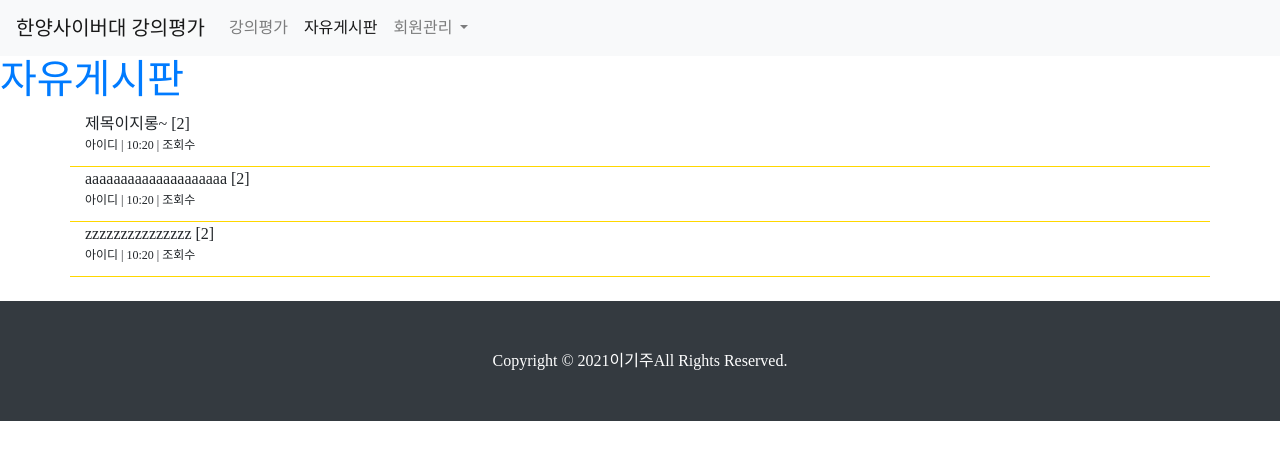
Repository: lkjjjang/hycu
Page: http://localhost/hycujjang/mobile.jsp
These files come from the project's save history. The page is drawn as it stood at one moment and after the next save; the edit follows.
The browser window is 1280 px wide. The pictures show the whole page.
Some web fonts or font styles are not loaded; a fallback is used. The page is served by Tomcat 9. Nobody is signed in. The application's start-up code is not run. Other server files are loaded and not shown.

Above is the page before, as saved 2022-01-02 09:27:16.

### hycujjang/WebContent/mobile.jsp
<%@ page language="java" contentType="text/html; charset=UTF-8"
    pageEncoding="UTF-8"%>
<%@ page import="java.util.ArrayList" %>
<%@ page import="java.net.URLEncoder" %>
<%@ page import="java.io.PrintWriter" %>
<%@ taglib prefix="c" uri="http://java.sun.com/jsp/jstl/core"%>
<%@ taglib prefix="fmt" uri="http://java.sun.com/jsp/jstl/fmt"%>

<!DOCTYPE html>
<html>
<head>
	<meta charset="UTF-8">
	<meta name="viewport" content="width=device-width, initial-scale=1, shrink-to-fit=no">
	<title>한양사이버대 강의평가</title>
	<!-- 부트스트랩 CSS 추가하기 -->
	<link rel="stylesheet"
			href="https://stackpath.bootstrapcdn.com/bootstrap/4.4.1/css/bootstrap.min.css"
			integrity="sha384-Vkoo8x4CGsO3+Hhxv8T/Q5PaXtkKtu6ug5TOeNV6gBiFeWPGFN9MuhOf23Q9Ifjh"
			crossorigin="anonymous">
	<!-- 커스텀 CSS 추가하기 -->
	<link rel="stylesheet" href="./css/custom.css">
	<style>
		.b{
			border: solid 1px black;
		}
	</style>
</head>
<body>
	<nav class="navbar navbar-expand-md navbar-light bg-light">
		<a class="navbar-brand" href="index.jsp">한양사이버대 강의평가</a>
		<button class="navbar-toggler" type="button" data-toggle="collapse" data-target="#navbar">
			<span class="navbar-toggler-icon"></span>
		</button>
		<div id="navbar" class="collapse navbar-collapse">
			<ul class="navbar-nav mr-auto">
				<li class="nav-item">
					<a class="nav-link" href="lectureBoardController?pageNumber=1">강의평가</a>
				</li>
				<li class="nav-item active">
					<a class="nav-link" href="freeBoardController?pageNumber=1">자유게시판</a>
				</li>
				<li class="nav-item dropdown">
					<a class="nav-link dropdown-toggle" id="dropdown" data-toggle="dropdown" href="index.jsp">
						회원관리
					</a>
					<div class="dropdown-menu" aria-labelledby="dropdown">
						<a class="dropdown-item" href="logout.jsp">로그아웃</a>
					</div>
				</li>
			</ul>
		</div>
	</nav>
	<h1>
   		<a class="ed link-primary text-bold title-underline" href="freeBoardController?pageNumber=1">자유게시판</a>
	</h1>
	<div class="container">
		<div class="row">
			<div class="col-12">
				제목이지롱~ [2]
			</div>
			<div class="col-12" style="font-size: 12px">
				아이디 | 10:20 | 조회수
			</div>
		</div>
		<div class="row">
			<div style="height: auto; width: 100%; border-bottom:1px solid gold; padding: 6px;"></div>
		</div>
		<div class="row">
			<div class="col-12">
				aaaaaaaaaaaaaaaaaaaa [2]
			</div>
			<div class="col-12" style="font-size: 12px">
				아이디 | 10:20 | 조회수
			</div>
		</div>
		<div class="row">
			<div style="height: auto; width: 100%; border-bottom:1px solid gold; padding: 6px;"></div>
		</div>
		<div class="row">
			<div class="col-12">
				zzzzzzzzzzzzzzz [2]
			</div>
			<div class="col-12" style="font-size: 12px">
				아이디 | 10:20 | 조회수
			</div>
		</div>
		<div class="row">
			<div style="height: auto; width: 100%; border-bottom:1px solid gold; padding: 6px;"></div>
		</div>
	</div>
  		<!--
  		${userID == 'admin'} 세션에 있는 유저 아이디
  		넘어오는 목록${freeBBS}
  		<c:if test="${userID == 'admin'}">
			<input type="checkbox" name="delCheck_id" id="delCheck_id" value="${freeBBS.bbsID}">
		</c:if>
		${freeBBS.bbsID}
		<a href="freeBoardDetailController?id=${freeBBS.bbsID}">${freeBBS.bbsTitle}</a>

  		${freeBBS.nickName}
  		${freeBBS.bbsHit}
  		${freeBBS.bbsDate}

  		-->
		<!-- 페이지번호 출력 -->
		<!-- 파라미터로 들어오는 페이지 번호를 이용해 startNum값을 구함 -->



	<footer class="bg-dark mt-4 p-5 text-center" style="color: #FFFFFF;">
		Copyright &copy; 2021이기주All Rights Reserved.
	</footer>
	<script src="https://code.jquery.com/jquery-3.6.0.js"
  			integrity="sha256-H+K7U5CnXl1h5ywQfKtSj8PCmoN9aaq30gDh27Xc0jk="
  			crossorigin="anonymous">
	</script>
	<script src="https://cdn.jsdelivr.net/npm/popper.js@1.16.0/dist/umd/popper.min.js"
			integrity="sha384-Q6E9RHvbIyZFJoft+2mJbHaEWldlvI9IOYy5n3zV9zzTtmI3UksdQRVvoxMfooAo"
			crossorigin="anonymous">
	</script>
	<script src="https://maxcdn.bootstrapcdn.com/bootstrap/4.0.0/js/bootstrap.min.js"
			integrity="sha384-JZR6Spejh4U02d8jOt6vLEHfe/JQGiRRSQQxSfFWpi1MquVdAyjUar5+76PVCmYl"
			crossorigin="anonymous">
	</script>
	<script type="text/javascript">
		function guestWrite() {
			alert('게스트 계정은 글작성이 불가능 합니다.');
		}
	</script>
	<script type="text/javascript">
		function deleteAll() {
			var checkList = document.getElementsByName('delCheck_id');
			var checkedList = new Array();
			var count = 0;
			for (var i = 0; i < checkList.length; i++) {
				if (checkList[i].checked == true) {
					count++;
					checkedList[i] = checkList[i].value;
				}
			}

			if (count == 0) {
				alert('선택사항이 없습니다.');
				return;
			}

			var data = new Array();
			for (var i = 0; i < checkedList.length; i++) {
				if (checkedList[i] != null) {
					var dataTemp = new Object();
					dataTemp.id = checkedList[i];
					data.push(dataTemp);
				}
			}

			$.ajax({
				type: "post",
				url: "freeBoardDeleteController",
				data: JSON.stringify(data),
				contentType: "application/json; charset=utf-8",
				dataType: "json",

				success: function(json) {
					if (json[0].resultCode == 'ok') {
						alert('삭제 되었습니다.');
					} else {
						alert('데이터베이스 오류 입니다.');
					}
					location.reload();
				},
				error: function(json) {
					alert('시스템 오류 입니다.')
				}
			});
		}
	</script>
	<script type="text/javascript">
		function select(tagID) {
			var id = tagID.id;
			var checkList = document.getElementsByName('delCheck_id');
			for (var i = 0; i < checkList.length; i++) {
				if (id == 'selectAll') {
					checkList[i].checked = true;
				} else {
					checkList[i].checked = false;
				}
			}

			if (id == 'selectAll') {
				changeId('cancel', '선택해제');
			} else {
				changeId('selectAll', '전체선택');
			}
		}

		function changeId(id, text)  {
			  const btnElement = document.getElementById('checkList');
			  btnElement.innerHTML = '<button class="btn btn-primary" id="' + id + '" onclick="select(this)">'+ text +'</button>' +
			  							'<button class="btn btn-danger" id="deleteAll" onclick="deleteAll()">선택삭제</button>';
		}
	</script>
</body>
</html>

### hycujjang/WebContent/css/custom.css
@import url(https://fonts.googleapis.com/earlyaccess/jejugothic.css);
@import url(https://fonts.googleapis.com/css2?family=Nanum+Gothic&display=swap);
.navbar-brand, h1, h2, h3, h4 {
	font-family: 'Jeju Gothic';
}
h5 {
	font-family: 'Jeju Gothic';
	font-size: 18px;
}
body {
	font-family: 'Nanum Gothic';
}

After the next save:
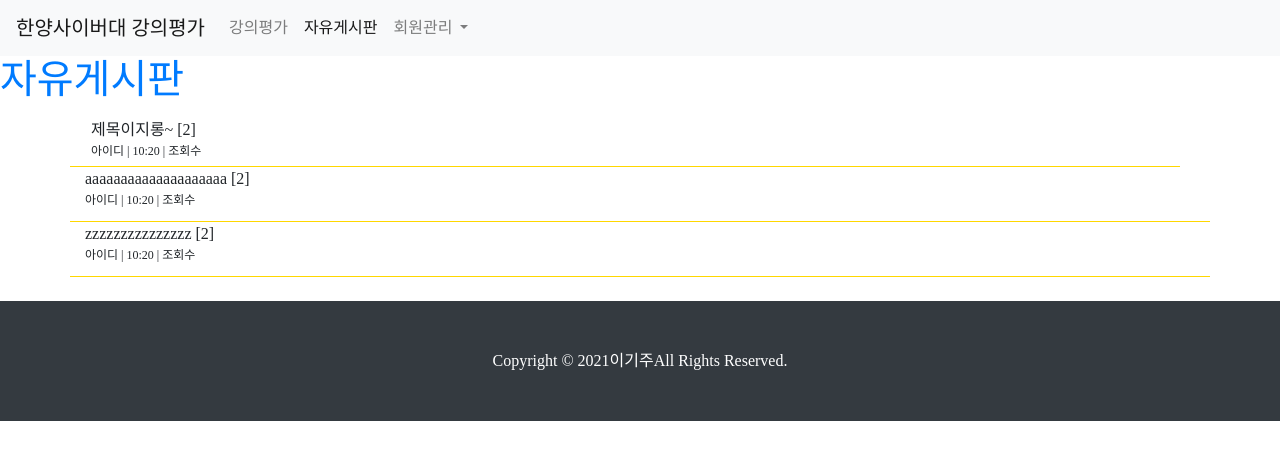
Saved 34 s later.
--- a/hycujjang/WebContent/mobile.jsp
+++ b/hycujjang/WebContent/mobile.jsp
@@ -54,16 +54,13 @@
    		<a class="ed link-primary text-bold title-underline" href="freeBoardController?pageNumber=1">자유게시판</a>
 	</h1>
 	<div class="container">
-		<div class="row">
+		<div class="row" style="height: auto; width: 100%; border-bottom:1px solid gold; padding: 6px;">
 			<div class="col-12">
 				제목이지롱~ [2]
 			</div>
 			<div class="col-12" style="font-size: 12px">
 				아이디 | 10:20 | 조회수
 			</div>
-		</div>
-		<div class="row">
-			<div style="height: auto; width: 100%; border-bottom:1px solid gold; padding: 6px;"></div>
 		</div>
 		<div class="row">
 			<div class="col-12">
